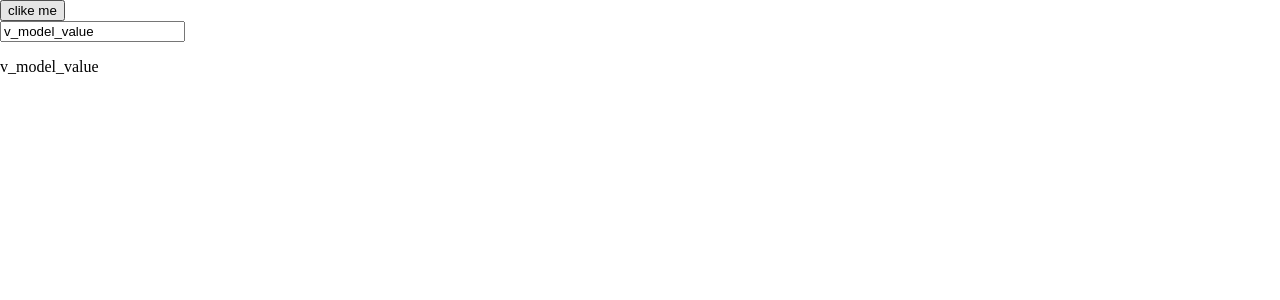
Repository: whoamixl/VueTest
Page: /
These files come from the project's save history. The page is drawn as it stood at one moment and after the next save; the edit follows.
The browser window is 1280 px wide. The pictures show the whole page.
The project was rebuilt for these pictures with package versions that can differ from the ones it lists, and the page was loaded fresh each time. Also part of the build but not shown: src/components/HelloWorld.vue.

Above is the page before, as saved 2021-11-01 20:46:11.

After the next save:
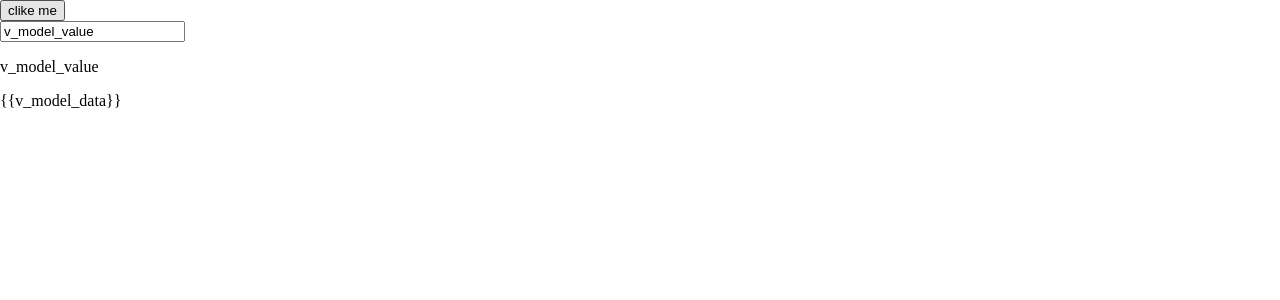
Saved 81 s later.
--- a/src/components/Instruction.vue
+++ b/src/components/Instruction.vue
@@ -6,6 +6,8 @@
         <div :class="{active:isActive}"></div>
         <!-- v-model 在表单上创建双向数据绑定 -->
         <input v-model="v_model_data"><p>{{v_model_data}}</p>
+        <!-- v-pre 原样输出 -->
+        <div v-pre>{{v_model_data}}</div>
     </div>
 </template>
 <script>
